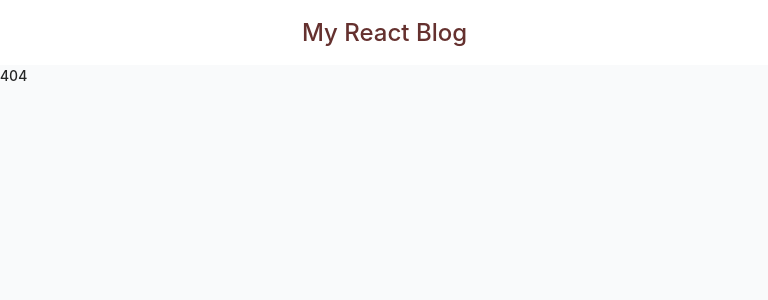
Repository: Kaycee-attah/react_blog
Page: /
An editor plug-in stored every save of this project. The page is shown before and after the next save, followed by the edit.
The browser window is 768 px wide. The pictures show the whole page.
The project was rebuilt for these pictures with package versions that can differ from the ones it lists, and the page was loaded fresh each time.

Above is the page before, as saved 2021-10-09 18:18:25.

After the next save:
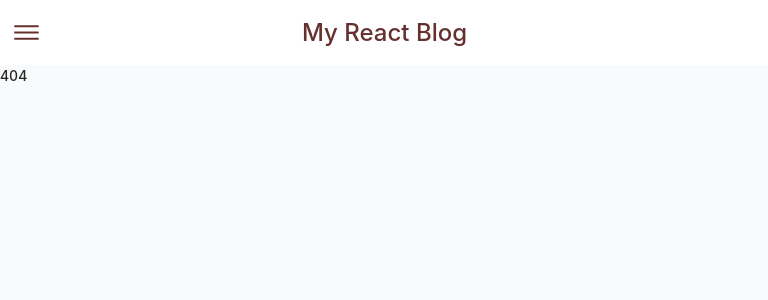
Saved 15 s later.
--- a/src/assets/scss/_navigation.scss
+++ b/src/assets/scss/_navigation.scss
@@ -207,11 +207,12 @@
 
         .menu-icon {
             display: flex;
-                margin-left: 10px;
-                margin-top: 0;
-                justify-content: flex-end;
-                align-items: center;
-                position: relative;
+            margin-left: 10px;
+            margin-top: 0;
+            justify-content: flex-end;
+            align-items: center;
+            position: relative;
+            color: $text-color;
 
             // &.active {
             //     display: flex;
